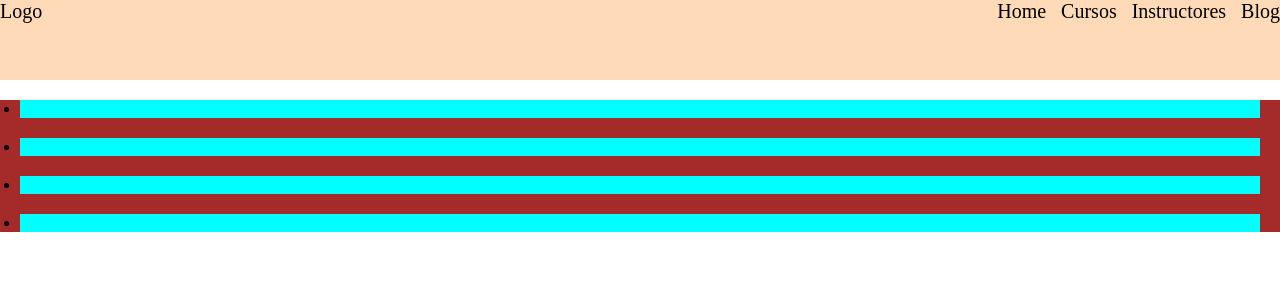
Repository: Daniel009980/daniel0099980
Page: desafiolayout1/index.html
The author's editor kept a copy of each file at every save. The page is drawn from the files as they stood at one save, then again after the next save.
The browser window is 1280 px wide. The pictures show the whole page.

Above is the page before, as saved 2022-09-21 05:51:34.

### desafiolayout1/index.html
<!DOCTYPE html>
<html lang="en">
<head>
    <meta charset="UTF-8">
    <meta http-equiv="X-UA-Compatible" content="IE=edge">
    <meta name="viewport" content="width=device-width, initial-scale=1.0">
    <title>Desafio layout 1</title>
    <link rel="stylesheet" href="./style.css">
</head>
<body>
    <header class="cabeza">

    <p>Logo</p>
        <ul class="nav">
            <li>Home</li>
            <li>Cursos</li>
            <li>Instructores</li>
            <li>Blog</li>
        </ul>
    </header>

<ul class="ad">
    <li></li>
    <li></li>
    <li></li>
    <li></li>
</ul>
</body>
</html>

### desafiolayout1/style.css
*{
    box-sizing: border-box;
    margin: 0;
    padding: 0;
}

.nav li{
    display: inline-block;
    padding-left: 10px;
}

p{
    display: inline-block;
    font-size: 20px;
    position: absolute;
}

.cabeza{
    background-color: peachpuff;
    height: 80px;
}
.nav {
    list-style: none;
    font-size: 20px;
    text-align: right;
}

.ad{
    background-color: brown;
}
.ad li{
    background-color: aqua;
    margin: 20px;
}

After the next save:
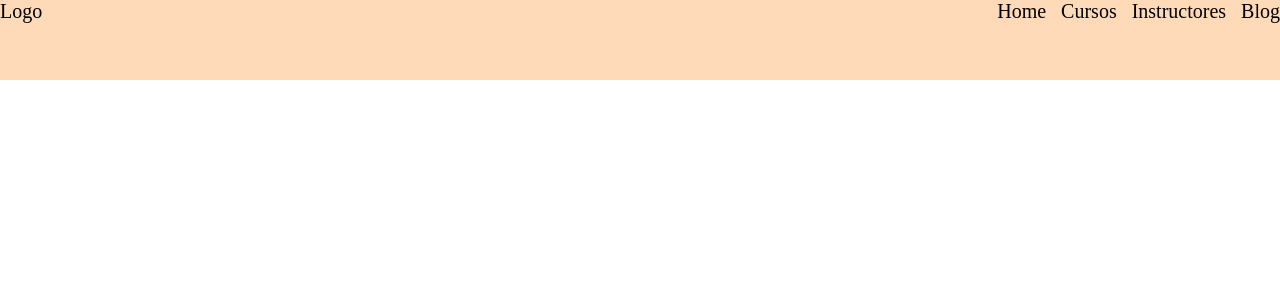
Saved 14 s later.
--- a/desafiolayout1/style.css
+++ b/desafiolayout1/style.css
@@ -26,6 +26,7 @@ p{
 }
 
 .ad{
+    list-style: none;
     background-color: brown;
 }
 .ad li{

After the save that followed:
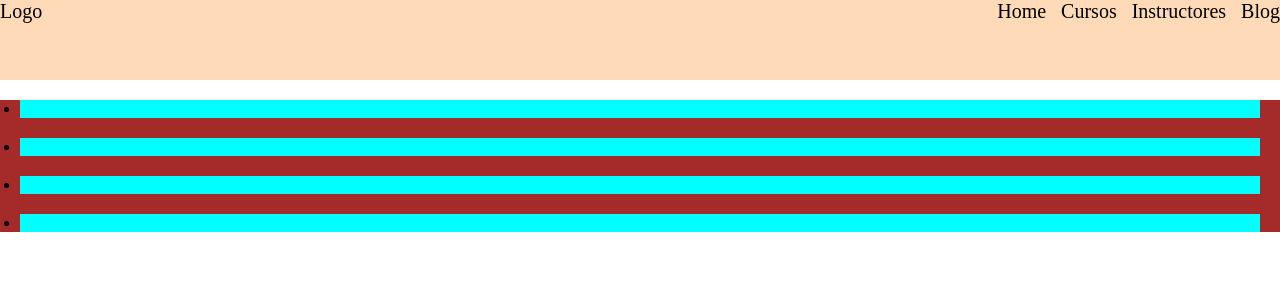
Saved 22 s later.
--- a/desafiolayout1/style.css
+++ b/desafiolayout1/style.css
@@ -26,7 +26,7 @@ p{
 }
 
 .ad{
-    list-style: none;
+
     background-color: brown;
 }
 .ad li{
